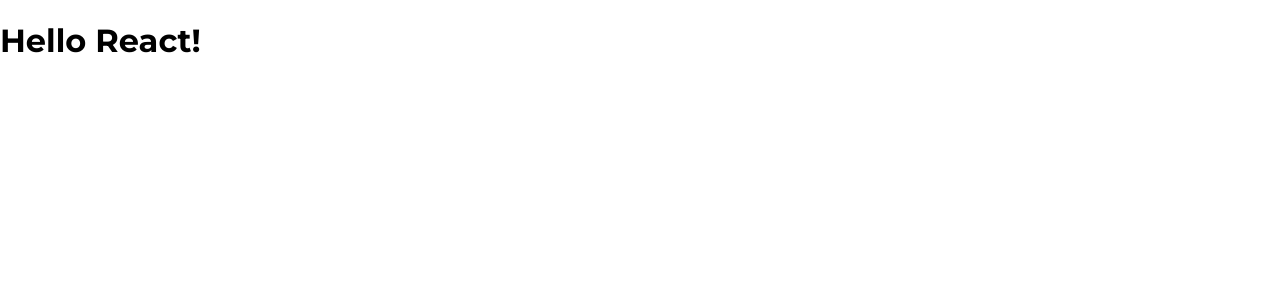
Repository: CarlosEduardoVdeOliveira/cine-tag
Page: /3
An editor plug-in stored every save of this project. The page is shown before and after the next save, followed by the edit.
The browser window is 1280 px wide. The pictures show the whole page.
The project was rebuilt for these pictures with package versions that can differ from the ones it lists, and the page was loaded fresh each time.

Above is the page before, as saved 2023-09-15 14:30:30.

After the next save:
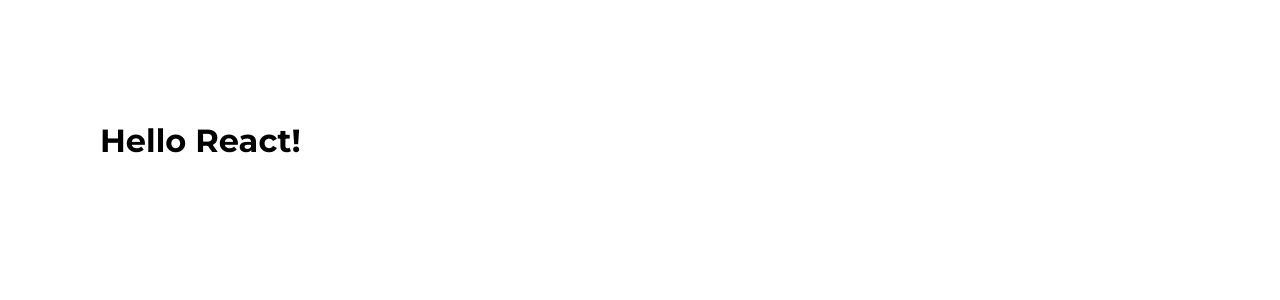
Saved 7 s later.
--- a/src/index.css
+++ b/src/index.css
@@ -7,7 +7,7 @@
 }
 body {
   margin: 0;
-  paddin: 100px;
+  padding: 100px;
   font-family: var(--fonte);
   background-color: var(--withe);
   -webkit-font-smoothing: antialiased;

After the save that followed:
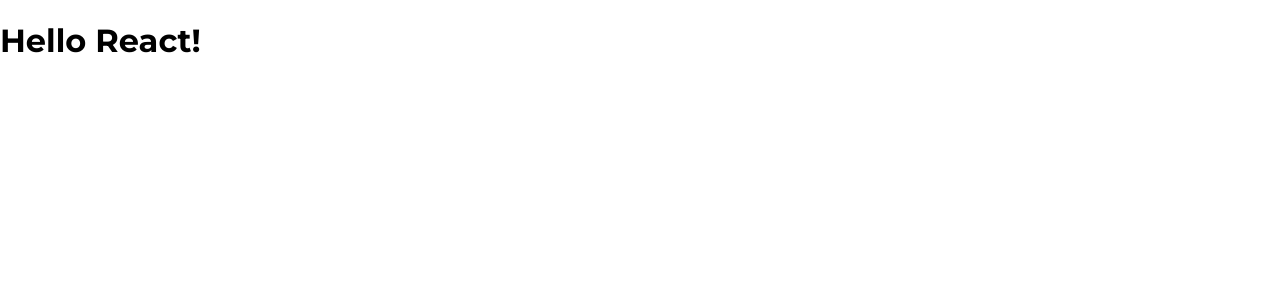
Saved 6 s later.
--- a/src/index.css
+++ b/src/index.css
@@ -7,7 +7,7 @@
 }
 body {
   margin: 0;
-  padding: 100px;
+  paddign: 100px;
   font-family: var(--fonte);
   background-color: var(--withe);
   -webkit-font-smoothing: antialiased;
